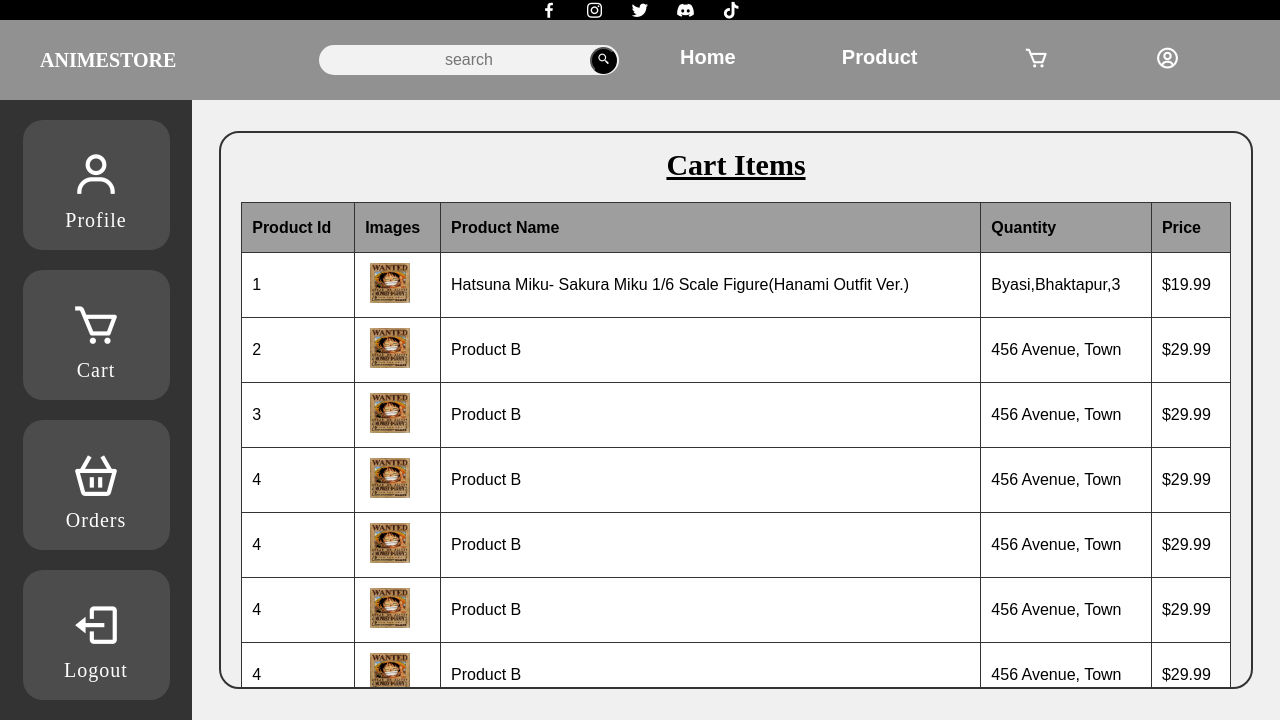
Repository: cindrellakoju/Animestore
Page: html css/withlogin/accart.html
The author's editor kept a copy of each file at every save. The page is drawn from the files as they stood at one save, then again after the next save.
The browser window is 1280 px wide. The pictures show the whole page.
An inner scrolling area shows only its first screen.

Above is the page before, as saved 2024-04-07 02:10:43.

### html css/withlogin/accart.html
<!DOCTYPE html>
<html lang="en">
<head>
  <meta charset="UTF-8">
  <meta name="viewport" content="width=device-width, initial-scale=1.0">
  <link rel="stylesheet" href="myac-cart.css">
  <link href='https://unpkg.com/boxicons@2.1.4/css/boxicons.min.css' rel="stylesheet">
  <title>cart</title>
</head>
<body>
    <header>
        <div class="navbar">
           <div class="meta-navbar">
               <a href="https://boxicons.com/?query=fac" target="_blank"><i class='bx bxl-facebook'></i></a>
               <a href="#" target="_blank"><i class='bx bxl-instagram'></i></a>
               <a href="#" target="_blank"><i class='bx bxl-twitter' ></i></a>
               <a href="#" target="_blank"><i class='bx bxl-discord-alt'></i></a>
               <a href="#" target="_blank"><i class='bx bxl-tiktok' ></i></i></a>
           </div>
           <div class="product-navbar">
               <h1>ANIMESTORE</h1>
               <div class="search-bar">
                <form action="">
                    <input type="text" id="search" name="search" placeholder="search">
                    <button type="submit"><i class='bx bx-search-alt-2'></i></button>
                </form>
               </div>
               <div class="menu">
                <ul>
                    <a href="#">Home</a>
                    <a href="store.html">Product</a>
                    <!-- <a href="#"><i class='bx bx-heart'></i></a> -->
                    <a href="cart.html"><i class='bx bx-cart' ></i></a>
                    <a href="myaccount.html" class="myaccount"><i class='bx bx-user-circle'></i></a>
                </ul>
               </div>

           </div>
       </div>
      </header>
  <div class="left-bar">
    <div class="icon">
      <button><a href="profile.html"><i class='bx bx-user' ><br><span>Profile</span></i></a></button>
    </div>
    <div class="icon">
      <button class="cart"><a href="cart.html"><i class='bx bx-cart'><br><span>Cart</span></i></a></button>
    </div>
    <div class="icon">
      <button><a href="order.html"><i class='bx bx-basket' ><br><span>Orders</span></i></a></button>
    </div>
    <div class="icon">
      <button><a href="#"><i class='bx bx-log-out' ><br><span>Logout</span></i></a></button>
    </div>
  </div>
  <div class="right-bar">
    <div class="rectangular-border">
      <h1>Cart Items</h1>
      <table>
        <thead>
          <tr>
            <th>Product Id</th>
            <th>Images</th>
            <th>Product Name</th>
            <th>Quantity</th>
            <th>Price</th>
          </tr>
        </thead>
        <tbody>
          <tr>
            <td>1</td>
            <td><img src="Animestore _photo/posters/luffy.png"></td>
            <td>Hatsuna Miku- Sakura Miku 1/6 Scale Figure(Hanami Outfit Ver.)</td>
            <td>Byasi,Bhaktapur,3</td>
            <td>$19.99</td>
          </tr>
          <tr>
            <td>2</td>
            <td><img src="Animestore _photo/posters/luffy.png"></td>
            <td>Product B</td>
            <td>456 Avenue, Town</td>
            <td>$29.99</td>
          </tr>
          <tr>
            <td>3</td>
            <td><img src="Animestore _photo/posters/luffy.png"></td>
            <td>Product B</td>
            <td>456 Avenue, Town</td>
            <td>$29.99</td>
          </tr>
          <tr>
            <td>4</td>
            <td><img src="Animestore _photo/posters/luffy.png"></td>
            <td>Product B</td>
            <td>456 Avenue, Town</td>
            <td>$29.99</td>
          </tr>
          <tr>
            <td>4</td>
            <td><img src="Animestore _photo/posters/luffy.png"></td>
            <td>Product B</td>
            <td>456 Avenue, Town</td>
            <td>$29.99</td>
          </tr>
          <tr>
            <td>4</td>
            <td><img src="Animestore _photo/posters/luffy.png"></td>
            <td>Product B</td>
            <td>456 Avenue, Town</td>
            <td>$29.99</td>
          </tr>
          <tr>
            <td>4</td>
            <td><img src="Animestore _photo/posters/luffy.png"></td>
            <td>Product B</td>
            <td>456 Avenue, Town</td>
            <td>$29.99</td>
          </tr>
          <tr>
            <td>4</td>
            <td><img src="Animestore _photo/posters/luffy.png"></td>
            <td>Product B</td>
            <td>456 Avenue, Town</td>
            <td>$29.99</td>
          </tr>
        </tbody>
      </table>
      <span>Want to buy Items? Go to  <a href="#">Cart Page</a></span>
    </div>
  </div>
</body>
</html>

### html css/withlogin/myac-cart.css
* {
    margin: 0px;
    padding: 0px;
    box-sizing: border-box;
    font-family: "Poppins", sans-serif;
  }

  .navbar {
    width: 100%;
    position: fixed;
    top: 0;
    z-index: 1000;
  }

  /* social media nav bar */
  .meta-navbar {
    height: 20px;
    background-color: black;
    text-align: center;
    font-size: 20px;
    word-spacing: 20px;
  }

  .meta-navbar i {
    color: white;
  }

  .meta-navbar i:hover{
    color: rgb(78, 78, 255);
  }

  /* menu nav bar */
  .product-navbar {
    height: 80px;
    background-color: rgba(0, 0, 0, 0.432);
    display: flex;
    justify-content: space-between;
    align-items: center;
    text-align: center;
  }

  .product-navbar ul {
    display: flex;
  }

  .product-navbar h1 {
    font-size: 20px;
    font-family: cursive;
    margin-left: 40px;
    margin-right: 30px;
    color: white;
  }

  .product-navbar .search-bar input {
    width: 300px;
    height: 30px;
    border: none;
    outline: none;
    background: #f2f2f2;
    border-radius: 30px;
    color: gray;
    font-size: 16px;
    text-align: center;
  }

  .search-bar button {
    height: 27px;
    width: 27px;
    border-radius: 50%;
    text-align: center;
    background-color: rgb(0, 0, 0);
    color: white;
    margin-left: -33px;
    margin-right: 50px;
  }

  .menu {
    display: flex;
    width: 500px;
    justify-content: space-between;
  }

  .menu ul {
    flex: 2;
    display: flex;
    justify-content: space-between;
    font-size: 20px;
    margin-left: -100px;
    margin-right: 100px;
    font-weight: bolder;
  }

  .menu ul a {
    color: white;
    text-decoration: none;
  }

  .menu ul a:hover {
    color: purple;
  }

  .menu ul a i {
    font-size: 25px;
  }

  .left-bar {
    position: fixed;
    top: 100px; /* Adjusted top position below the header */
    left: 0;
    background-color: #333;
    display: flex;
    flex-direction: column;
    align-items: center;
    justify-content: space-between;
    height: calc(100vh - 100px); /* Adjusted height below the header */
    width: 15%;
    z-index: 1; /* Ensures the left bar stays on top */
  }

  .icon {
    width: calc(100% - 45px); /* Adjusted width for gap */
    height: calc((100vh - 100px) / 4 - 25px); /* Adjusted height for 4 icons with gap */
    display: flex;
    justify-content: center;
    align-items: center;
    background-color: #555555c2;
    margin-bottom: 20px; /* Added margin for gap */
    border-radius: 20px;
  }
  .icon:first-child {
    margin-top: 20px; /* Margin for the top of the first icon */
  }

  .icon button{
    height: 100%;
    width: 100%;
    border-radius: 20px;
    background-color: transparent;
    border: none;
  }

  button a i{
    margin-top: -10px;
    padding: 40px;
    color: white;
    font-size: 50px;
  }

  button a i span{
    font-size: 20px;
    /* font-weight: bold; */
    font-family: 'Times New Roman', Times, serif;
    letter-spacing: 1px;
    position: relative;
    top: -20px;
  }

  .icon button:hover{
    background-color: rgb(124, 124, 241);
    cursor: pointer;
    color: black;
  }
  button a i:hover{
    color: black;
  }
    .right-bar {
      background-color: #f0f0f0;
      display: flex;
      justify-content: center;
      align-items: center;
      height: calc(100vh - 100px); /* Adjusted height below the header */
      width: 85%;
      margin-left: 15%;
      margin-top: 100px;
    }

    .rectangular-border {
      width: 95%;
      /* min-height: 300px; Minimum height of the border */
      height: 90%;
      border: 2px solid #333;
      border-radius: 20px;
      display: flex;
      flex-direction: column; /* Change to column */
      justify-content: flex-start; /* Start from the top */
      align-items: center;
      padding: 20px; /* Add padding */
      overflow: auto; /* Add overflow for scrolling if needed */
    }

  .rectangular-border h1{
    font-family: 'Times New Roman', Times, serif;
    text-align: center;
    font-size: 30px;
    margin-bottom: 20px;
    margin-top: -5px;
    text-decoration: underline;
    /* position: fixed; */
  }
    /* Style the scrollbar */
  .rectangular-border::-webkit-scrollbar {
    width: 10px;
  }

  .rectangular-border::-webkit-scrollbar-thumb {
    background-color: #aaa;
    padding-top: 10px;
    /* border-radius: 10px; */
  }

  .rectangular-border::-webkit-scrollbar-thumb:hover {
    background-color: #888;
  }

    table {
      width: 100%; /* Width 100% of parent */
      border-collapse: collapse;
    }

    table, th, td {
      border: 1px solid #333;
    }

    th, td {
      padding: 10px;
      text-align: left;
    }

    th {
      background-color: #9e9e9e;
      position: sticky; /* Make th sticky */
      top: -18px; /* Position at the top */
      z-index: 2; /* Ensure it's above the content */
      margin-top: -20px; /* Add margin top */
      height: 50px;
    }

    td {
      background-color: #fff; /* Optional: Add background color to td for better readability */
    }

    /* New CSS to make table fixed */
    .table-container {
      width: 100%;
      overflow-y: auto; /* Add vertical scroll if needed */
    }

    tr img{
      height: 40px;
      width: 40px;
      margin-left: 5px;
    }
.rectangular-border span{
    margin-top: 20px;
}

.rectangular-border span a{
    text-decoration: none;
    color: rgb(58, 58, 195);
}

.rectangular-border span a:hover{
    text-decoration: underline;
    color: rgb(0, 0, 255);
}

### html css/withlogin/accart.css
* {
    margin: 0px;
    padding: 0px;
    box-sizing: border-box;
    font-family: "Poppins", sans-serif;
  }

  .navbar {
    width: 100%;
    position: fixed;
    top: 0;
    z-index: 1000;
  }

  /* social media nav bar */
  .meta-navbar {
    height: 20px;
    background-color: black;
    text-align: center;
    font-size: 20px;
    word-spacing: 20px;
  }

  .meta-navbar i {
    color: white;
  }

  .meta-navbar i:hover{
    color: rgb(78, 78, 255);
  }

  /* menu nav bar */
  .product-navbar {
    height: 80px;
    background-color: rgba(0, 0, 0, 0.432);
    display: flex;
    justify-content: space-between;
    align-items: center;
    text-align: center;
  }

  .product-navbar ul {
    display: flex;
  }

  .product-navbar h1 {
    font-size: 20px;
    font-family: cursive;
    margin-left: 40px;
    margin-right: 30px;
    color: white;
  }

  .product-navbar .search-bar input {
    width: 300px;
    height: 30px;
    border: none;
    outline: none;
    background: #f2f2f2;
    border-radius: 30px;
    color: gray;
    font-size: 16px;
    text-align: center;
  }

  .search-bar button {
    height: 27px;
    width: 27px;
    border-radius: 50%;
    text-align: center;
    background-color: rgb(0, 0, 0);
    color: white;
    margin-left: -33px;
    margin-right: 50px;
  }

  .menu {
    display: flex;
    width: 500px;
    justify-content: space-between;
  }

  .menu .myaccount{
    color: black;
  }
  .menu ul {
    flex: 2;
    display: flex;
    justify-content: space-between;
    font-size: 20px;
    margin-left: -100px;
    margin-right: 100px;
    font-weight: bolder;
  }

  .menu ul a {
    color: white;
    text-decoration: none;
  }

  .menu ul a:hover {
    color: purple;
  }

  .menu ul a i {
    font-size: 25px;
  }

  .left-bar {
    position: fixed;
    top: 100px; /* Adjusted top position below the header */
    left: 0;
    background-color: #333;
    display: flex;
    flex-direction: column;
    align-items: center;
    justify-content: space-between;
    height: calc(100vh - 100px); /* Adjusted height below the header */
    width: 15%;
    z-index: 1; /* Ensures the left bar stays on top */
  }

  .icon {
    width: calc(100% - 45px); /* Adjusted width for gap */
    height: calc((100vh - 100px) / 4 - 25px); /* Adjusted height for 4 icons with gap */
    display: flex;
    justify-content: center;
    align-items: center;
    background-color: #555555c2;
    margin-bottom: 20px; /* Added margin for gap */
    border-radius: 20px;
  }
  .icon:first-child {
    margin-top: 20px; /* Margin for the top of the first icon */
  }

  .icon button{
    height: 100%;
    width: 100%;
    border-radius: 20px;
    background-color: transparent;
    border: none;
  }

  button a i{
    margin-top: -10px;
    padding: 40px;
    color: white;
    font-size: 50px;
  }

  button a i span{
    font-size: 20px;
    /* font-weight: bold; */
    font-family: 'Times New Roman', Times, serif;
    letter-spacing: 1px;
    position: relative;
    top: -20px;
  }
  .icon .cart i{
    color: rgb(124, 124, 241);
  }
  .icon button:hover{
    background-color: rgb(124, 124, 241);
    cursor: pointer;
    color: black;
  }
  button a i:hover{
    color: black;
  }
    .right-bar {
      background-color: #f0f0f0;
      display: flex;
      justify-content: center;
      align-items: center;
      height: calc(100vh - 100px); /* Adjusted height below the header */
      width: 85%;
      margin-left: 15%;
      margin-top: 100px;
    }

    .rectangular-border {
      width: 95%;
      /* min-height: 300px; Minimum height of the border */
      height: 90%;
      border: 2px solid #333;
      border-radius: 20px;
      display: flex;
      flex-direction: column; /* Change to column */
      justify-content: flex-start; /* Start from the top */
      align-items: center;
      padding: 20px; /* Add padding */
      overflow: auto; /* Add overflow for scrolling if needed */
    }

  .rectangular-border h1{
    font-family: 'Times New Roman', Times, serif;
    text-align: center;
    font-size: 30px;
    margin-bottom: 20px;
    margin-top: -5px;
    text-decoration: underline;
    /* position: fixed; */
  }
    /* Style the scrollbar */
  .rectangular-border::-webkit-scrollbar {
    width: 10px;
  }

  .rectangular-border::-webkit-scrollbar-thumb {
    background-color: #aaa;
    padding-top: 10px;
    /* border-radius: 10px; */
  }

  .rectangular-border::-webkit-scrollbar-thumb:hover {
    background-color: #888;
  }

    table {
      width: 100%; /* Width 100% of parent */
      border-collapse: collapse;
    }

    table, th, td {
      border: 1px solid #333;
    }

    th, td {
      padding: 10px;
      text-align: left;
    }

    th {
      background-color: #9e9e9e;
      position: sticky; /* Make th sticky */
      top: -18px; /* Position at the top */
      z-index: 2; /* Ensure it's above the content */
      margin-top: -20px; /* Add margin top */
      height: 50px;
    }

    td {
      background-color: #fff; /* Optional: Add background color to td for better readability */
    }

    /* New CSS to make table fixed */
    .table-container {
      width: 100%;
      overflow-y: auto; /* Add vertical scroll if needed */
    }

    tr img{
      height: 40px;
      width: 40px;
      margin-left: 5px;
    }
.rectangular-border span{
    margin-top: 20px;
}

.rectangular-border span a{
    text-decoration: none;
    color: rgb(58, 58, 195);
}

.rectangular-border span a:hover{
    text-decoration: underline;
    color: rgb(0, 0, 255);
}

After the next save:
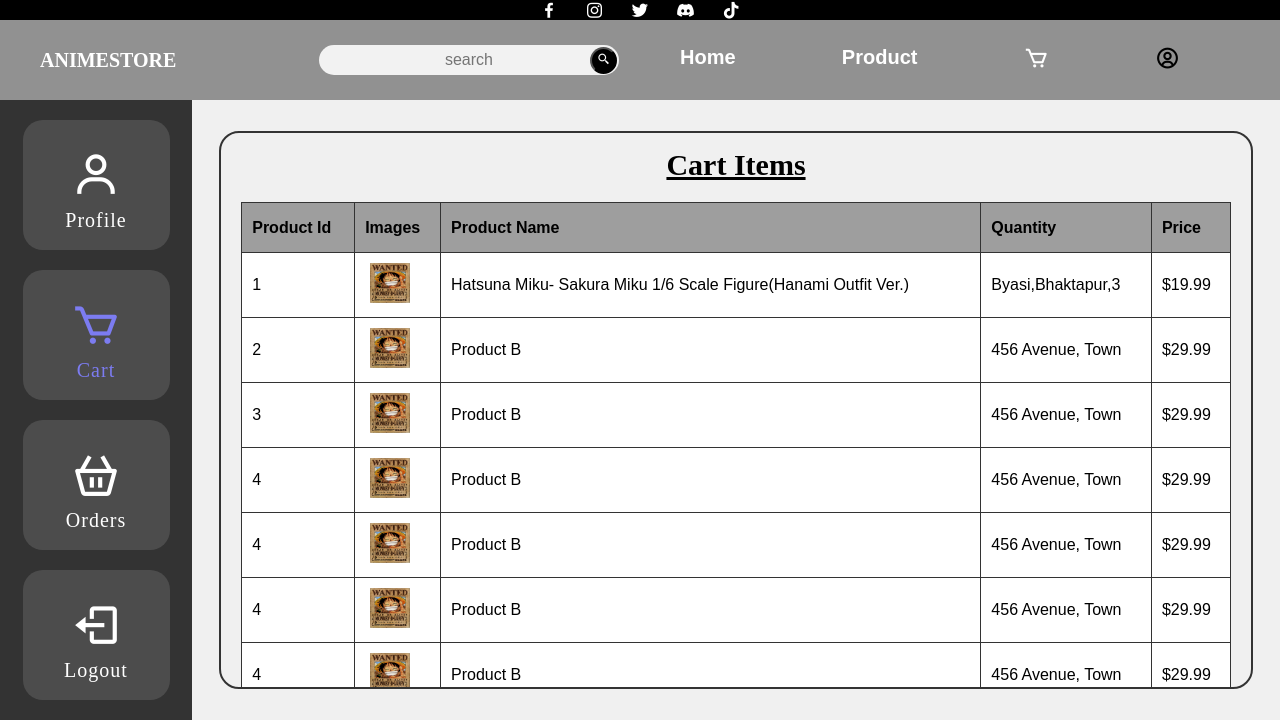
Saved 16 s later.
--- a/html css/withlogin/accart.html
+++ b/html css/withlogin/accart.html
@@ -3,7 +3,7 @@
 <head>
   <meta charset="UTF-8">
   <meta name="viewport" content="width=device-width, initial-scale=1.0">
-  <link rel="stylesheet" href="myac-cart.css">
+  <link rel="stylesheet" href="accart.css">
   <link href='https://unpkg.com/boxicons@2.1.4/css/boxicons.min.css' rel="stylesheet">
   <title>cart</title>
 </head>
